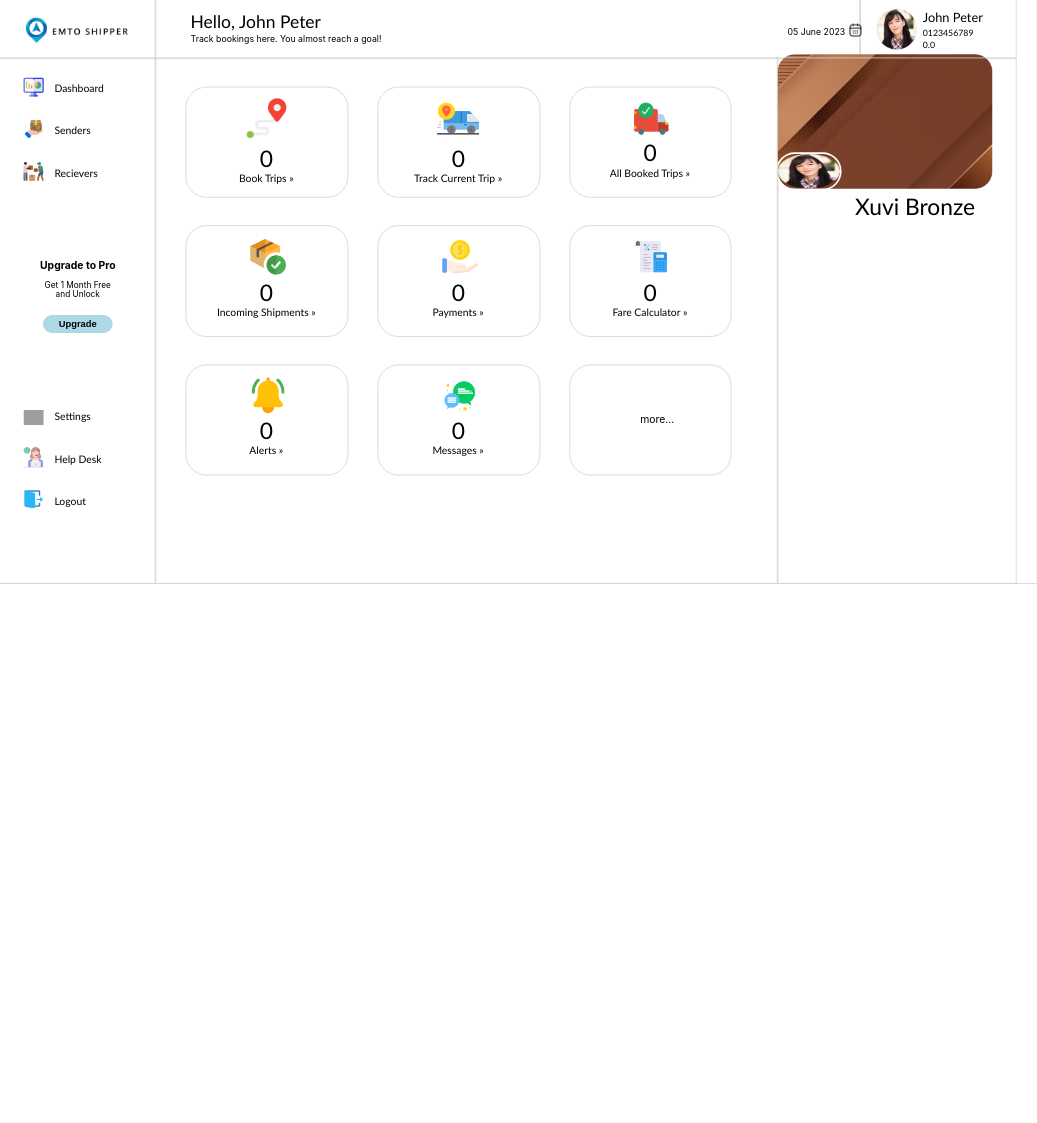
Repository: RoshanArun/Emto-Web
Page: /dashboard (app in emto/reactfirst/)
These files come from the project's save history. The page is drawn as it stood at one moment and after a run of saves; the edit follows.
The browser window is 1280 px wide. The pictures show the whole page, at 81% of full size.
Pictures or frames that could not be fetched are drawn as grey boxes. The project was rebuilt for these pictures with package versions that can differ from the ones it lists, and the page was loaded fresh each time. Also part of the build but not shown: emto/reactfirst/src/pages/SignUp/SignUp.css, emto/reactfirst/src/pages/SignUp/SignUp.js, emto/reactfirst/src/pages/Login/Login.js.

Above is the page before, as saved 2023-07-30 02:24:17.

After the next 2 saves:
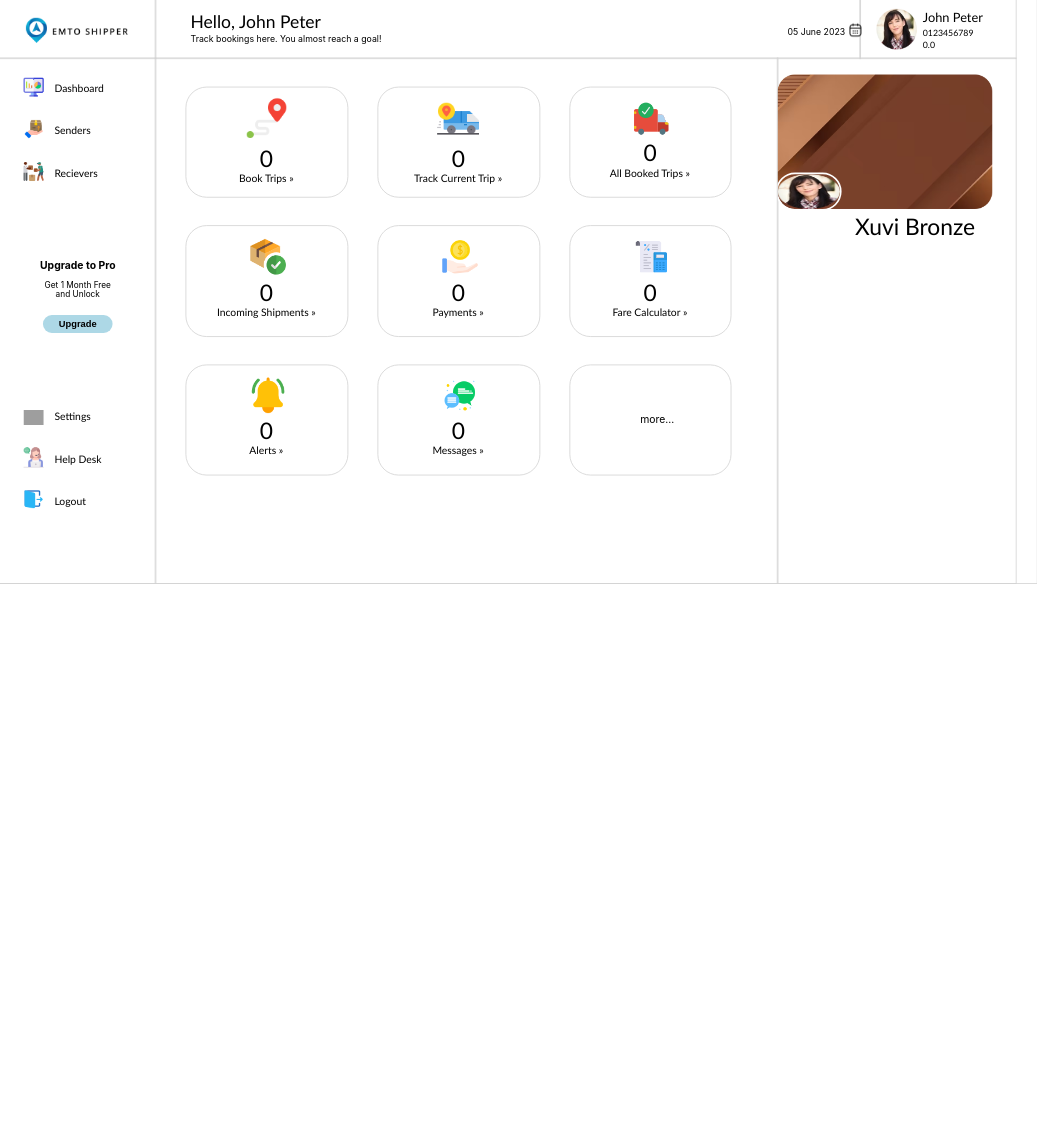
The 2 saves are shown as one change because they came seconds apart.
The last was saved 8 s later.
--- a/emto/reactfirst/src/pages/DashBoard/DashBoard.css
+++ b/emto/reactfirst/src/pages/DashBoard/DashBoard.css
@@ -236,7 +236,7 @@
 
 .bronze{
   width: 90%;
-  margin-top: -5px;
+  margin-top: 20px;
 }
 
 .bronzelabel{
